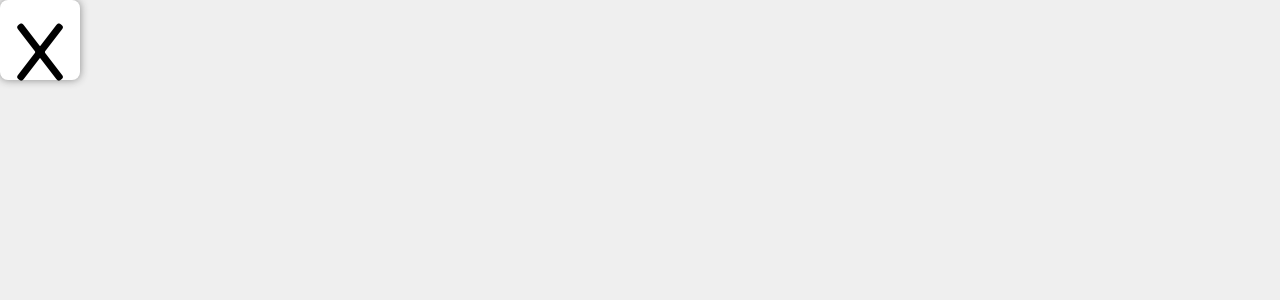
Repository: Seva2705/tic-tac-toe.github.io
Page: /
The author's editor kept a copy of each file at every save. The page is drawn from the files as they stood at one save, then again after a run of saves.
The browser window is 1280 px wide. The pictures show the whole page.
The project was rebuilt for these pictures with package versions that can differ from the ones it lists, and the page was loaded fresh each time.

Above is the page before, as saved 2023-04-04 16:55:23.

After the next 11 saves:
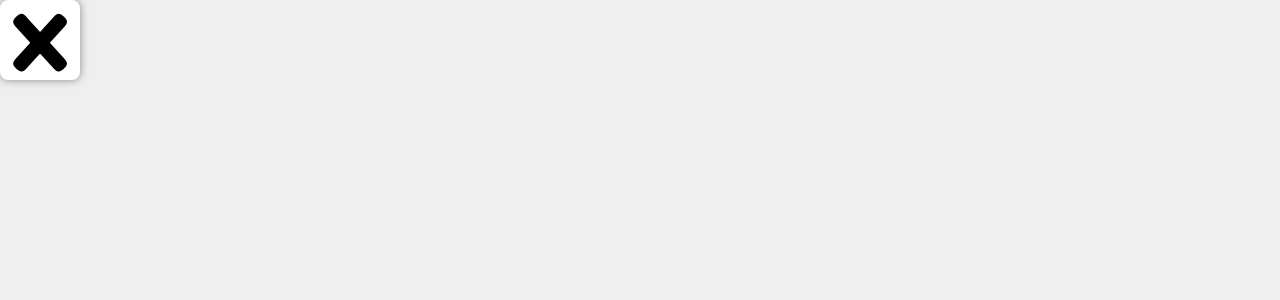
The 11 saves are shown as one change because they came seconds apart.
The last was saved 25 s later.
--- a/src/components/Box.css
+++ b/src/components/Box.css
@@ -8,5 +8,8 @@
     text-align: center;
     font-size: 5em;
     font-family: 'Fredoka', sans-serif;
+    font-weight: bold;
+    line-height: 5rem;
+    ma
 
 }
